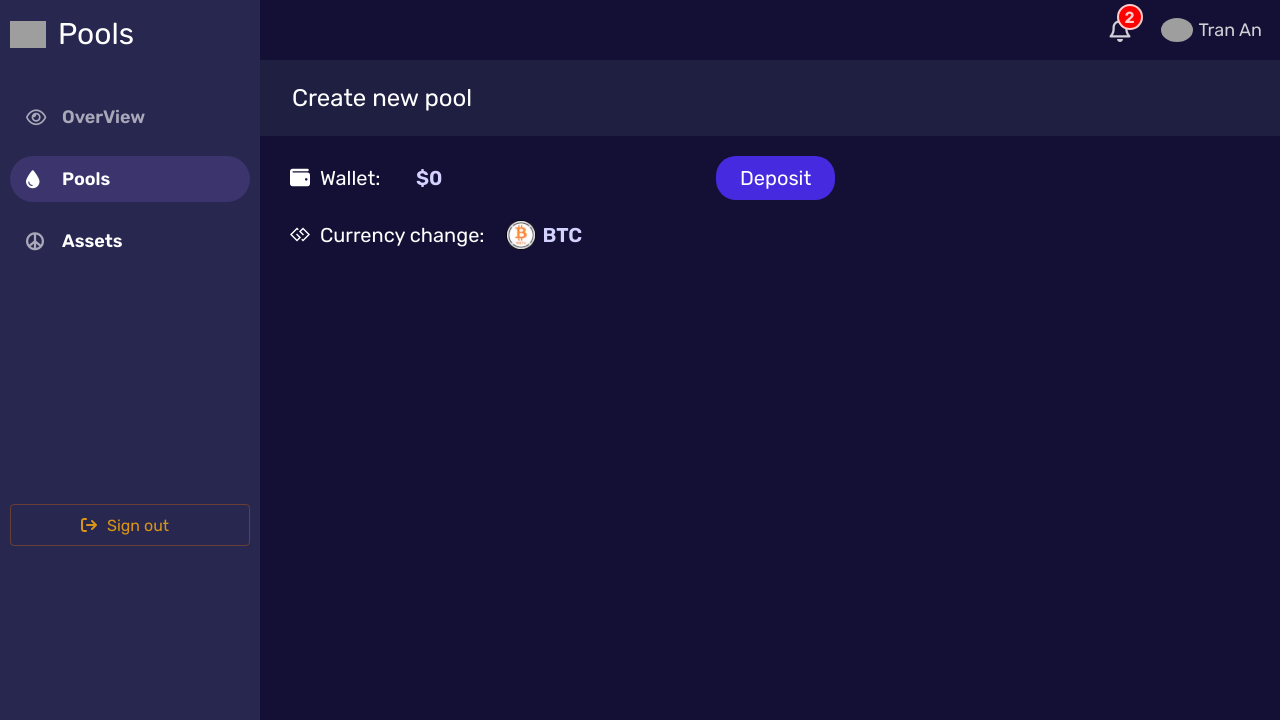
Repository: quynh232000/pools
Page: pool/create-pool.html
The author's editor kept a copy of each file at every save. The page is drawn from the files as they stood at one save, then again after the next save.
The browser window is 1280 px wide. The pictures show the whole page.
Pictures or frames that could not be fetched are drawn as grey boxes.

Above is the page before, as saved 2023-07-14 00:43:26.

### pool/create-pool.html
<!DOCTYPE html>
<html lang="en">
  <head>
    <meta charset="UTF-8" />
    <meta name="viewport" content="width=device-width, initial-scale=1.0" />
    <title>Create Pool</title>

    <link rel="stylesheet" href="../src/css/base.css" />
    <link rel="stylesheet" href="../src/css/style.css" />
    <link rel="stylesheet" href="../src/css/pool.css" />
    <link rel="stylesheet" href="../src/css/create-pool.css" />
    <link
      rel="stylesheet"
      href="https://cdnjs.cloudflare.com/ajax/libs/font-awesome/6.4.0/css/all.min.css"
      integrity="sha512-iecdLmaskl7CVkqkXNQ/ZH/XLlvWZOJyj7Yy7tcenmpD1ypASozpmT/E0iPtmFIB46ZmdtAc9eNBvH0H/ZpiBw=="
      crossorigin="anonymous"
      referrerpolicy="no-referrer"
    />
  </head>
  <body>
    <div class="container">
      <div class="sidebar">
        <div class="sidebar-logo">
          <img src="https://sef-eco.vercel.app/assets/images/logo.png" alt="" />
          <span>Pools</span>
        </div>
        <div class="sidebar-items">
          <div class="sidebar-list">
            <div class="sidebar-item">
              <i class="fa-regular fa-eye"></i>
              <div class="sidebar-item-name">OverView</div>
            </div>
            <div class="sidebar-item sidebar-item-active">
              <i class="fa-solid fa-droplet"></i>
              <a href="/pool.html" class="sidebar-item-name">Pools</a>
            </div>
            <div class="sidebar-item">
              <i class="fa-solid fa-peace"></i>
              <a href="/index.html" class="sidebar-item-name">Assets</a>
            </div>
          </div>

          <div class="sidebar-sign-out">
            <i class="fa-solid fa-arrow-right-from-bracket"></i>
            <div class="sidebar-item-name">Sign out</div>
          </div>
        </div>
      </div>
      <div class="content">
        <div class="header">
          <div class="header-noti">
            <i class="fa-regular fa-bell"></i>
            <div class="header-noti-count">2</div>
          </div>
          <div class="header-user">
            <img
              src="https://static.vecteezy.com/system/resources/previews/002/002/257/original/beautiful-woman-avatar-character-icon-free-vector.jpg"
              alt=""
            />
            <div class="header-user-name">Tran An</div>
          </div>
        </div>
        <!-- body -->
        <div class="content-title">Create new pool</div>
        <div class="create-body">
          <div class="create-item">
            <i class="fa-solid fa-wallet"></i>
            <div class="create-item-title">Wallet:</div>
            <span>$0</span>
            <div class="create-btn">Deposit</div>
          </div>
          <div class="create-item">
            <i class="fa-brands fa-gg"></i>
            <div class="create-item-title">Currency change:</div>
            <div class="create-select-type-money">
              <div class="type-money-item">
                <img src="../src/img/btc.png" alt="" />
                <div class="type-money-name">BTC</div>
              </div>
              <div class="type-money-more">
                <div class="type-money-item">
                  <img src="../src/img/eth.png" alt="" />
                  <div class="type-money-name">ETH</div>
                </div>
                <div class="type-money-item">
                  <img src="../src/img/btc.png" alt="" />
                  <div class="type-money-name">BTC</div>
                </div>
                <div class="type-money-item">
                  <img src="../src/img/eth.png" alt="" />
                  <div class="type-money-name">ETH</div>
                </div>
              </div>
            </div>
          </div>
        </div>
      </div>
    </div>
  </body>
</html>

### src/css/base.css
@import url('https://fonts.googleapis.com/css2?family=Rubik:wght@300;400;500;600;700&display=swap');
 :root{
    --primary-color:#fff;
    --text-color:#fff;
    --text-1-color:rgb(211, 209, 255);
    --bg-color:#140f34;
    --bg-item-color:#282750;

 }
*{
    box-sizing: inherit;
}
html,body{
    box-sizing: border-box;
    margin: 0;
    padding: 0;
    font-family: 'Rubik', sans-serif;
    color: var(--text-color);
}
a{
    color: white;
    text-decoration: none;
}

### src/css/style.css
.container{
    width: 100%;
    min-height: 100vh;
    background-color: var(--bg-color);
    display: flex;
}
.sidebar{
    width: 20%;
    min-width: 260px;
    max-width: 400px;
    display: flex;
    flex-direction: column;
    min-height: 100vh;
    background-color: var(--bg-item-color);
}
.sidebar-logo{
    display: flex;
    width: 100%;
    align-items: center;
    padding: 16px 10px;
}
.sidebar-logo img{
    width: 15%;
}
.sidebar-logo span{
    font-size: 30px;
    color: var(--primary-color);
    margin-left: 12px;

}
.sidebar-items{
    padding: 26px 10px;
    display: flex;
    flex-direction: column;
    justify-content: space-between;
    min-height: 70vh;
}
.sidebar-list{

}
.sidebar-item{
    font-size: 18px;
    display: flex;
    align-items: center;
    padding: 12px 16px;
    border-radius: 40px;
    color: rgb(255 255 255/.6);
    margin-bottom: 16px;
    font-weight: 600;
    transition: color .3s;
}
.sidebar-item:hover{
    cursor: pointer;
    color: rgb(255 255 255/.8);
}
.sidebar-item-active{
    background-color:#3c356d ;
    color: var(--text-color);
}
.sidebar-item i{
    min-width: 36px;
}
.sidebar-sign-out{
    display: flex;
    align-items: center;
    color: rgb(218, 149, 23);
    text-align: center;
    border: 1px solid rgba(202, 98, 12,.4);
    justify-content: center;
    padding-right: 10px;
    border-radius: 4px;
    transition: color border .3s;
}
.sidebar-sign-out:hover{
    cursor: pointer;
    color: rgb(253, 166, 5);
    border: 1px solid rgba(202, 98, 12,.5);
}
.sidebar-sign-out i{
    margin-right: 10px;
    padding: 12px 0;
}

.content{
    width: 85%;
    min-height: 100vh;
    /* background-color: var(--bg-color); */
}
.header{
    display: flex;
    justify-content: flex-end;
    padding: 18px;
    color: rgb(255 255 255/.8);
    align-items: center;
}
.header-user{
    display: flex;
    align-items: center;
    font-size: 18px;

}
.header-user img {
    width: 32px;
    border-radius: 50%;
    margin-right: 6px;
}
.header-noti{
    display: flex;
    margin-right: 30px;
    font-size: 20px;
    position: relative;
    font-size: 24px;
}
.header-noti-count{
    width: 26px;
    height: 26px;
    position: absolute;
    top: -14px;
    left: 7px;
    border: 2px solid  rgb(255 255 255/.8);
    text-align: center;
    border-radius: 50%;
    font-size: 16px;
    display: flex;
    align-items: center;
    justify-content: center;
    background-color: var(--bg-color);
    background-color: red;
    font-weight: 600;

}
.content-title{
    background-color: #1f1f42;
    padding: 24px 32px;
    font-size: 24px;
}
.content-list{
    display: flex;
    flex-direction: column;
    align-items: center;
    padding: 0 40px;
}
.content-list-body{
    width: 100%;
    margin-top: 20px;

}
.content-nav{
    width: 100%;
    display: flex;
    justify-content: space-between;
    padding: 12px 26px;
    margin: 10px 0;
    transition: background-color .2s ;
}
.content-nav:hover{
    background-color: #2d2d44;
}
.nav-left{
    width: 50%;
    display: flex;
    align-items: center;
    justify-content: space-between;
    font-size: 22px;

}
.nav-left-info{
    display: flex;
    align-items: center;
}
.nav-left-info img{
    width: 32px;
    margin-right: 8px;
}
.nav-left-name{
    font-size: 22px;
}
.nav-left-balance{
    display: flex;
    flex-direction: column;
    align-items: center;
    flex: 1;
}
.nav-left-balance span:nth-child(2){
    font-size: 20px;
    color: #a8a8a8;
}


.nav-right{
    width: 40%;
    display: flex;
    justify-content: space-between;
    align-items: center;
    color: #b3b1fd;
}
.nav-right span{
    transition: color .3s;
}
.nav-right span i{
    font-size: 16px !important;
    margin-left: 4px;
}
.nav-right span:hover{
    color:#f8c2b0;
    cursor: pointer;
}
.nav-text{
    color: #b3b1fd;
    font-size: 20px;
}
.nav-right .nav-tex:hover{
    color: #b3b1fd !important;
    cursor: no-drop;
}

### src/css/pool.css
.p-content-body{
    width: 100%;
    display: flex;
    flex-wrap: wrap;
    padding: 20px 10px;
}
.content-item-wrapper{
    width: 33.333%;
    padding: 10px ;
}
.p-content-item{
    border-radius: 6px;
    background-color: var(--bg-item-color);
    padding: 14px;
    transition: background-color .3s ease;
}
.p-content-item:hover{
    background-color: #2e2e60;
}
.p-content-item-top{
    display: flex;
    align-items:flex-start;

}
.p-content-item-img{
    margin-right: 6px;
}
.p-content-item-top-info{
    display: flex;
    flex-direction: column;
}
.p-content-item-top-info span{
    padding-top: 4px;
}
.p-content-item-top-info p{
    margin: 4px 0 10px 0;
    color: #a7a3a3;
}
.p-content-item-bottom{
    display: flex;
}
.p-item-type{
    margin-right: 10px;
    padding: 0 8px;
    text-align: center;
}
.p-item-type:first-child{
    border-right: 1px solid gray;
    padding-right: 16px;
}
.p-item-type span{
    font-size: 14px;
    color: #a7a3a3;
    /* font-weight: 600; */
}
.p-item-type p{
    margin: 0;
}
.add-pool{
    display: flex;
    flex-direction: column;
    align-items: center;
    font-size: 20px;
    min-height: 122px;
    justify-content: center;
}
.add-pool i{
    font-size: 26px;
    margin-bottom: 6px;
}

### src/css/create-pool.css
.create-body{
    width: 100%;
    display: flex;
    flex-direction: column;
    padding: 20px 30px;
}
.create-item{
    display: flex;
    font-size: 20px;
    align-items: center;
    margin-bottom: 20px;
}
.create-item-title{
    margin: 0 16px 0 10px;
    min-width: 80px;

}
.create-item span{
    color: var(--text-1-color);
    min-width: 300px;
    font-weight: 600;
}
.create-btn{
    background-color: rgb(70, 42, 223);
    padding: 10px 24px;
    border-radius: 20px;
    display: flex;
    justify-content: center;
    align-items: center;
    transition: background-color .3s ease;
}
.create-btn:hover{
    background-color: #6a67ea;
    cursor: pointer;
}
.create-select-type-money{
    position: relative;
    margin-left: 6px;
}
.create-select-type-money:hover .type-money-more{
    display: block;
}
.type-money-item{
    display: flex;
    align-items: center;
}
.type-money-item img{
    width: 30px;
    height: 30px;
    object-fit: cover;
    margin-right: 6px;
}
.type-money-name{
    color: var(--text-1-color);
    font-weight: 600;
}
.type-money-more{
    display: none;
    position: absolute;
    background-color: var(--bg-item-color);
    border-radius: 6px;
    top: 150%;
    left: -14px;
}
.type-money-more .type-money-item{
    /* margin: 8px; */
    border-radius: 6px;
    padding: 10px 26px;
    transition: background-color .3s ease;
}
.type-money-more .type-money-item:hover{
    background-color: rgb(162, 158, 240);
    cursor: pointer;
}

After the next save:
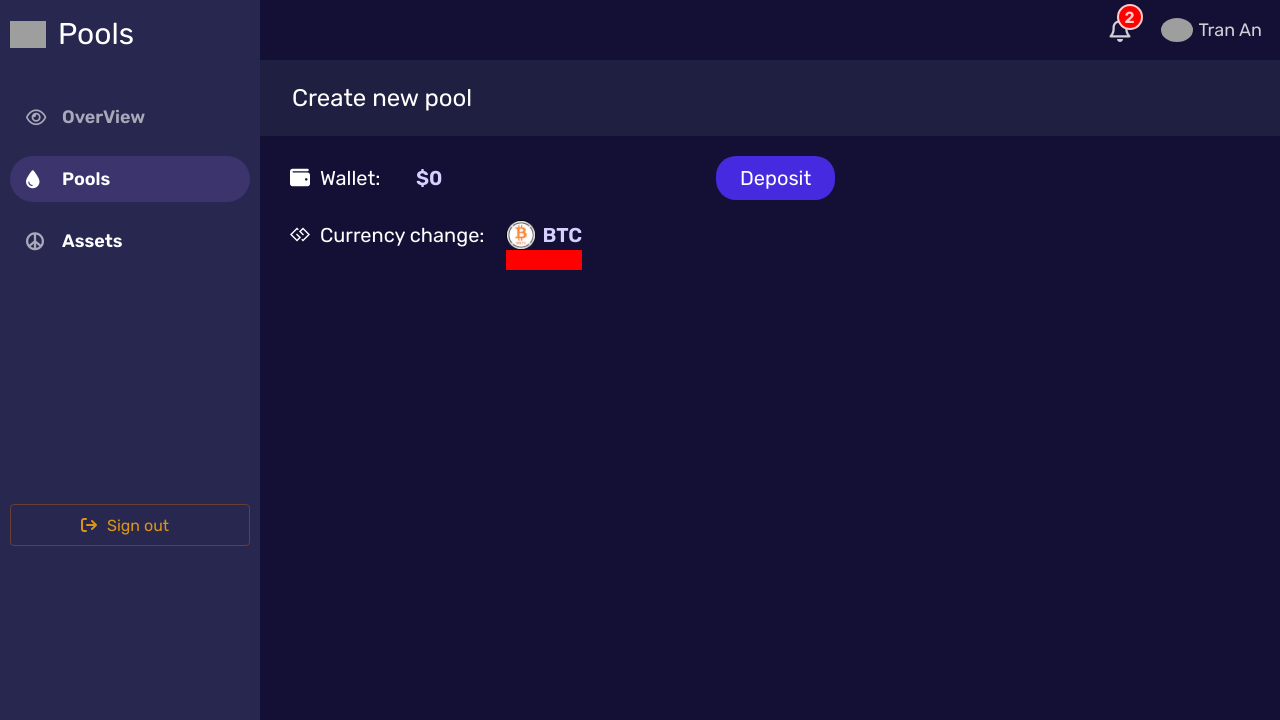
Saved 53 s later.
--- a/src/css/create-pool.css
+++ b/src/css/create-pool.css
@@ -37,6 +37,14 @@
     position: relative;
     margin-left: 6px;
 }
+.create-select-type-money::before{
+    position: absolute;
+    content: "";
+    top: 100%;
+    width: 100%;
+    height: 20px;
+    background-color: red;
+}
 .create-select-type-money:hover .type-money-more{
     display: block;
 }
